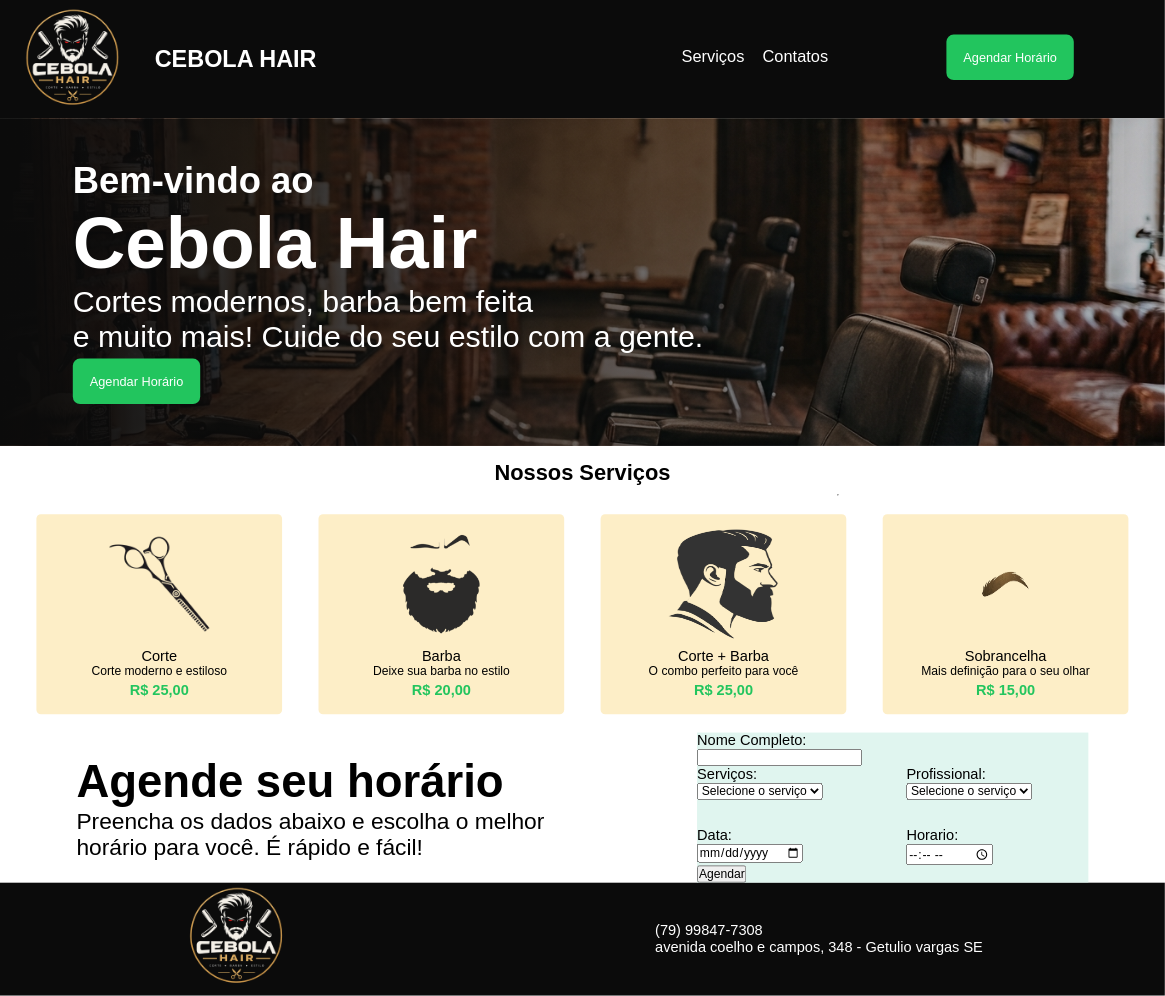
Repository: antonymsantana-design/final.activitie1
Page: index.html
These files come from the project's save history. The page is drawn as it stood at one moment and after a run of saves; the edit follows.
The browser window is 1280 px wide. The pictures show the whole page, at 91% of full size.

Above is the page before, as saved 2026-09-15 19:45:23.

### index.html
<!doctype html>
<html lang="pt-br">
  <head>
    <meta charset="UTF-8" />
    <meta name="viewport" content="width=device-width, initial-scale=1.0" />
    <title>Cebola Hair</title>
    <link rel="stylesheet" href="style.css" />
    <script src="../final.activitie1/script.js" defer></script>
  </head>
  <header>
    <div class="conteudoH" id="conteudoH">
      <div class="imagem" id="imagem">
        <img
          src="image/logoC.png"
          alt="logo"
          class="logoIMG"
          id="logoIMG"
        />
        <h3 class="logoH">CEBOLA HAIR</h3>
      </div>
      <div class="direitaH">
        <div class="links" id="links">
          <a href="#" class="aLinks">Serviços</a>
          <a href="#" class="aLinks">Contatos</a>
        </div>
        <div class="btnDiv" id="btnDiv">
          <button class="btn" id="btn">
            <div class="btnTxt" id="btnTxt">
              <p>Agendar Horário</p>
            </div>
          </button>
        </div>
      </div>
    </div>
  </header>

  <body>
    <div class="conteudo">
      <div class="texto">
        <h4>Bem-vindo ao</h4>
        <h1>Cebola Hair</h1>
        <small
          >Cortes modernos, barba bem feita <br />
          e muito mais! Cuide do seu estilo com a gente.</small
        >
        <button class="btn" id="btn">
          <div class="btnTxt" id="btnTxt">
            <p>Agendar Horário</p>
          </div>
        </button>
      </div>
    </div>

    <h2 class="Our">Nossos Serviços</h2>
    <hr />

    <div class="cards">
      <div class="card">
        <img src="image/corte.webp" alt="tisora" class="icone" />
        <p>Corte</p>
        <small>Corte moderno e estiloso</small>
        <h4>R$ 25,00</h4>
      </div>
      <div class="card">
        <img src="image/barba(png).png" alt="tisora" class="icone" />
        <p>Barba</p>
        <small>Deixe sua barba no estilo</small>
        <h4>R$ 20,00</h4>
      </div>
      <div class="card">
        <img src="image/barba+corte(png).png" alt="tisora" class="icone" />
        <p>Corte + Barba</p>
        <small>O combo perfeito para você</small>
        <h4>R$ 25,00</h4>
      </div>
      <div class="card">
        <img
          src="image/Design sem nome.png"
          alt="tisora"
          class="icone"
        />
        <p>Sobrancelha</p>
        <small>Mais definição para o seu olhar</small>
        <h4>R$ 15,00</h4>
      </div>
    </div>

    <div class="agendar" id="agendar">
      <div class="esq">
        <h1>Agende seu horário</h1>
        <p>
          Preencha os dados abaixo e escolha o melhor <br />
          horário para você. É rápido e fácil!
        </p>
      </div>

      <div class="form">
        <label for="nome">Nome Completo:</label><br/>
        <input type="text" name="nome" id="nome" /><br/>

         <div class="quadrado">
        <div class="1">
          <label for="serv">Serviços:</label>
          <select name="serv" id="serv">
            <option value="">Selecione o serviço</option>
            <option value="corte">Corte</option>
            <option value="barba">Barba</option>
            <option value="cort+barba">Corte + Barba</option>
            <option value="sobrancelha">Sobrancelha</option>
          </select>
          </div>

          <div class="2">
            <label for="prof">Profissional:</label>
            <select name="prof" id="prof">
              <option value="">Selecione o serviço</option>
              <option value="cebola">Cebola</option>
            </select>
            </div>
            <div class="3">
              <label for="data">Data:</label> <br>
              <input type="date" name="data" id="data" />
            </div>
            <div class="4">
              <label for="hora">Horario:</label> <br>
              <input type="time" name="hora" id="hora" />
            </div>
          </div>
           <button type="button" class="agendarbtn">Agendar</button>
          </div>
      </div>
    </div>
  </body>
  <footer>
    <div class="direita">
      <img
        src="image/logoC.png"
        alt="logo"
        class="logoIMG"
        id="logoIMG"
      />
    </div>

    <div class="esquerda">
      <p>(79) 99847-7308</p>
      <p>avenida coelho e campos, 348 - Getulio vargas SE</p>
    </div>
  </footer>
</html>

### style.css
* {
    padding: 0px;
    margin: 0px;
    font-family: Arial, Helvetica, sans-serif;
}

header {
    background-color: #0B0B0B;
    height: 130px;
}

small {
    padding-bottom: 5px;
}

.conteudoH {
    display: flex;
    justify-content: space-between;
    padding-right: 100px;
    align-items: center;
}

.imagem {
    margin-left: 20px;
    margin-top: 5px;
    display: flex;
    justify-content: center;
    align-items: center;
    gap: 30px;
    font-weight: 600;
    font-size: 22px;
}

.logoIMG {
    width: 120px;
    height: 120px;
    cursor: pointer;
}

.logoH {
    color: white;

}

.links {
    display: flex;
    gap: 20px;
    justify-content: center;
    padding-right: 130px;
    font-size: 18px;
}

.links a {
    text-decoration: none;
    color: white;
    transition: 0.5s ease;
}

.aLinks:hover {
    transform: translateY(-5px);
    box-shadow: 0 4px 10px rgba(0, 0, 0, 0.15);
    background-color: #F0C56A;
    color: #F5F5F5;
    border-radius: 5px;
    width: 120px;
    height: 30px;
    display: flex;
    justify-content: center;
    align-items: center;
}

.btnDiv {
    display: flex;
}

.btn {
    display: flex;
    justify-content: center;
    width: 140px;
    height: 50px;
    background-color: #22C55E;
    border: none;
    color: white;
    align-items: center;
    border-radius: 8px;
    transition: 0.3s ease;
    cursor: pointer;
    font-size: 14px;
}

.btn:hover {
    transform: translateY(-5px);
    box-shadow: 0 8px 15px rgba(0, 0, 0, 0.4);
}

.direitaH {
    display: flex;
    justify-content: center;
    align-items: center;
}

.conteudo {
    background-image: url(image/Gemini_Generated_Image_hbetqjhbetqjhbet.jpg);
    background-repeat: no-repeat;
    background-size: cover;
    background-position: center;
    height: 50vh;
    color: white;
}

.texto {
    padding-left: 80px;
    font-size: 40px;
    display: flex;
    flex-direction: column;
    justify-content: center;
    height: 50vh;
    background: linear-gradient(to right, #0B0B0B, #15151531);

}

.card {
    background-color: #FDEEC7;
    width: 270px;
    height: 220px;
    display: flex;
    flex-direction: column;
    justify-content: center;
    align-items: center;
    border-radius: 5px;
}

.cards {
    display: flex;
    justify-content: center;
    gap: 40px;
    padding-top: 20px;
    padding-bottom: 20px;
}

.card h4 {
    color: #22C55E;
}

.icone {
    width: 120px;
    height: 120px;
    padding-bottom: 10px;
}

.Our {
    padding-top: 15px;
    text-align: center;
    padding-bottom: 10px;
}

hr {
    color: #22C55E;
    text-align: center;
    margin-left: 920px;
    margin-right: 920px;
}

.agendar{
    display: flex;
    justify-content: space-around;
    align-items: center;
}

.form{
    background-color: rgba(201, 238, 227, 0.568);
}
.quadrado{
    display: grid;
    grid-template-columns: repeat(2, 200px);
    gap: 30px;
}

.esq {
    font-size: 25px;
}

footer{
    display: flex;
    justify-content: space-around;
    align-items: center;
    background-color: #0B0B0B;
    color: white;
}

.agendar btn{
    display: flex;
    justify-content: center;
    align-items: center;
    width: 100px;
    height: 40px;
    background-color: #22C55E;
    border: none;
    color: white;
    border-radius: 8px;
    transition: 0.3s ease;
    cursor: pointer;
}

.agendar:hover {
    transform: translateY(-5px);

}

Loaded but not shown: script.js (no copy from this time; the picture is the same without it)

After the next 2 saves:
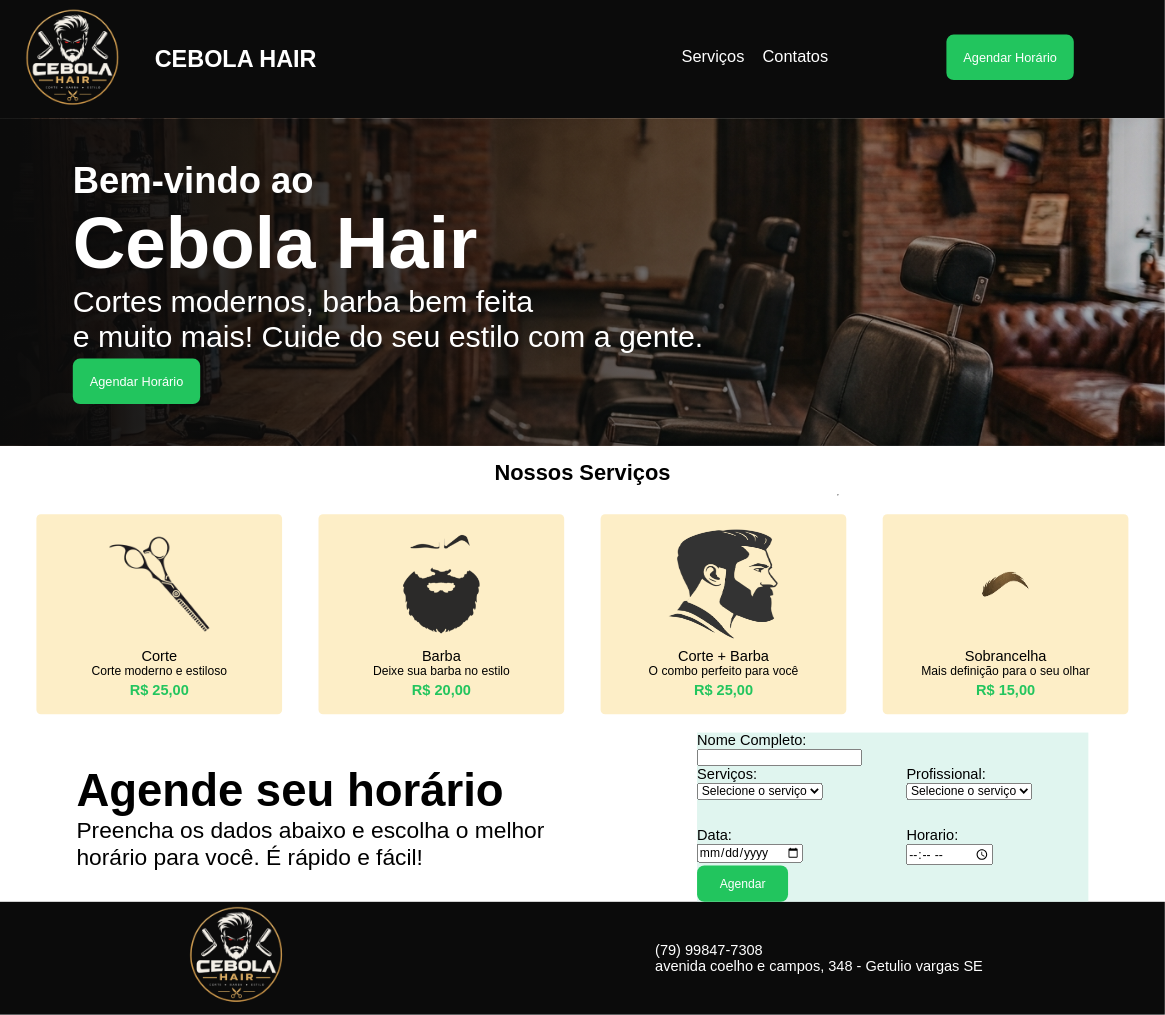
The 2 saves are shown as one change because they came seconds apart.
The last was saved 10 s later.
--- a/style.css
+++ b/style.css
@@ -188,7 +188,7 @@ footer{
     color: white;
 }
 
-.agendar btn{
+.agendarbtn{
     display: flex;
     justify-content: center;
     align-items: center;
@@ -202,7 +202,7 @@ footer{
     cursor: pointer;
 }
 
-.agendar:hover {
+.agendarbtn:hover {
     transform: translateY(-5px);
 
 }
